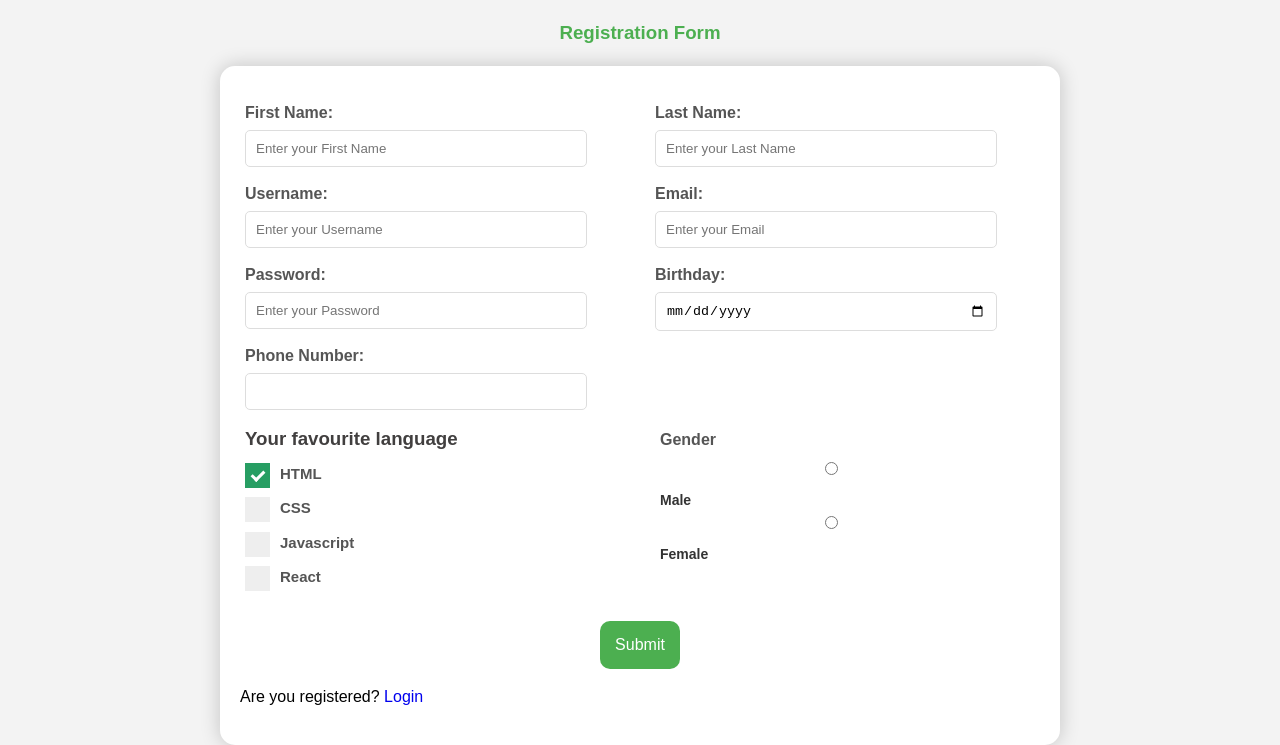
Repository: alizey12/Regestratin-Form-js
Page: regester.html
The author's editor kept a copy of each file at every save. The page is drawn from the files as they stood at one save, then again after the next save.
The browser window is 1280 px wide. The pictures show the whole page.

Above is the page before, as saved 2024-11-29 18:57:05.

After the next save:
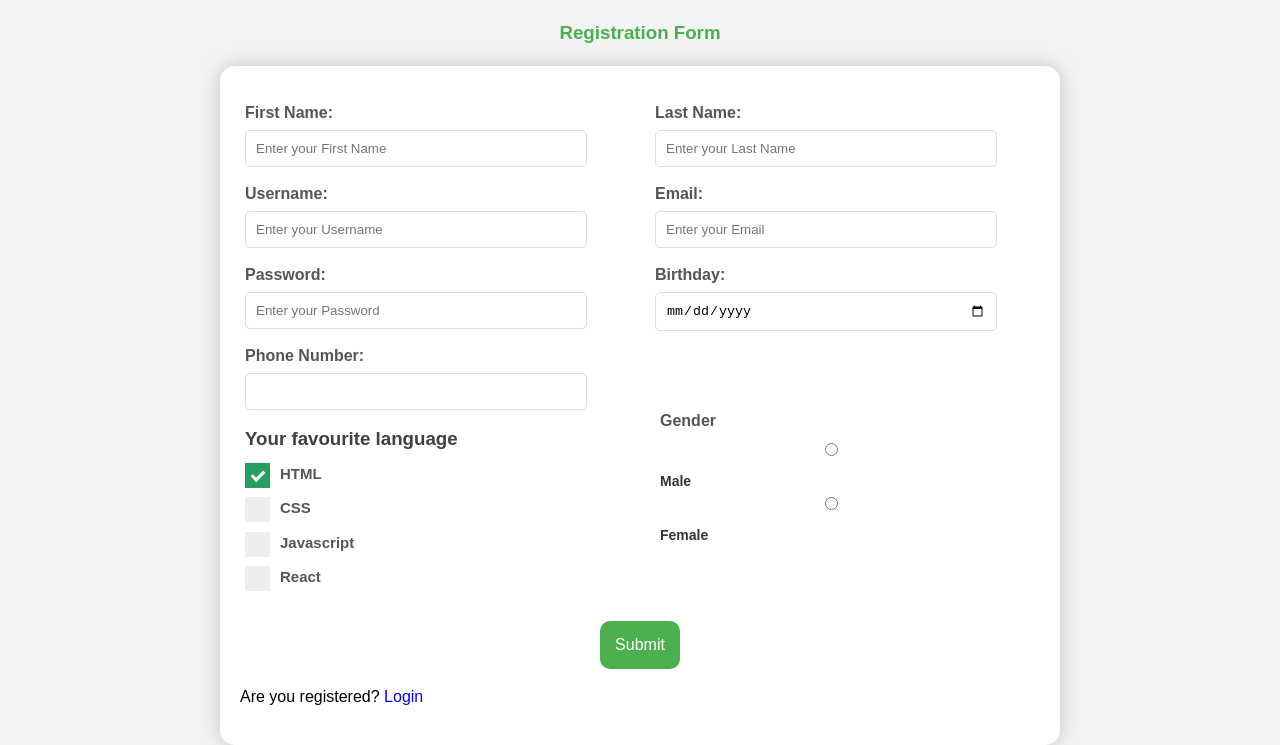
Saved 5 s later.
--- a/regester.css
+++ b/regester.css
@@ -146,7 +146,7 @@
     transform: rotate(45deg);
   }
   .gen-rad {
-    margin-top: 15;
+    margin-top: 15%;
 }
 
 .gen-rad p {

After the save that followed:
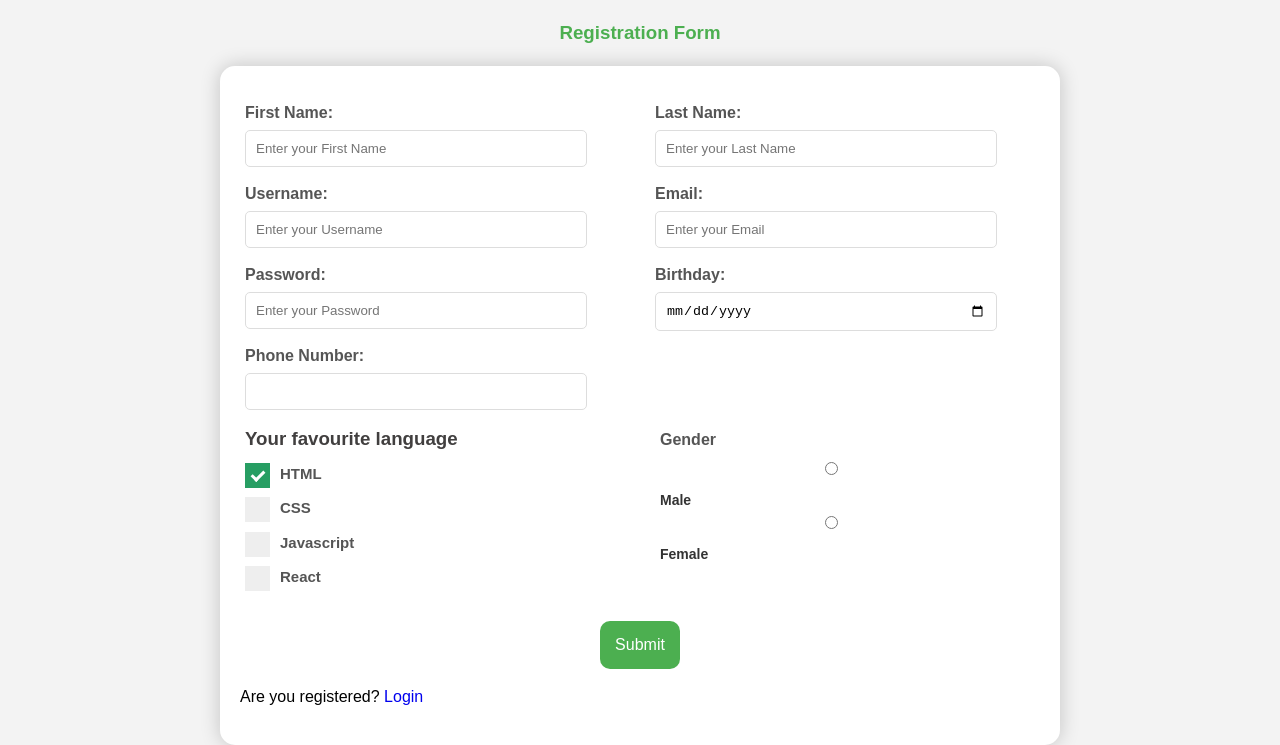
Saved 7 s later.
--- a/regester.css
+++ b/regester.css
@@ -146,7 +146,7 @@
     transform: rotate(45deg);
   }
   .gen-rad {
-    margin-top: 15%;
+    margin-top: 20%;
 }
 
 .gen-rad p {
